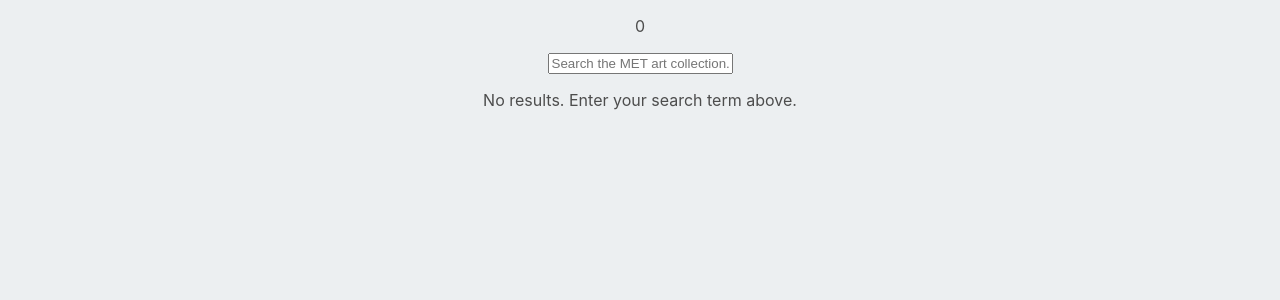
Repository: edulis8/MetSearchTool
Page: /
These files come from the project's save history. The page is drawn as it stood at one moment and after the next save; the edit follows.
The browser window is 1280 px wide. The pictures show the whole page.
The project was rebuilt for these pictures with package versions that can differ from the ones it lists, and the page was loaded fresh each time. Also part of the build but not shown: src/Pokecard.css, src/Pokecard.js, src/Pokedex.js.

Above is the page before, as saved 2020-01-16 11:54:56.

After the next save:
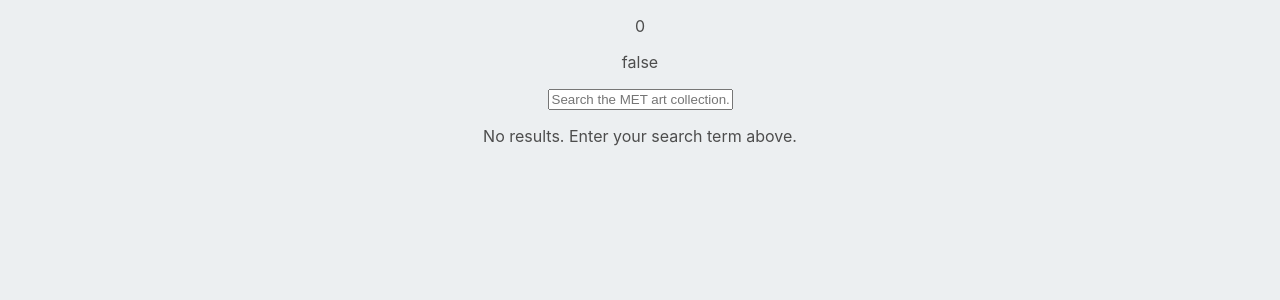
Saved 22 s later.
--- a/src/PokeGame.js
+++ b/src/PokeGame.js
@@ -70,7 +70,7 @@ class PokeGame extends Component {
         return (
             <div className='Pokedex'>
                 <p>{this.state.objects.length}</p>
-                <p>{this.state.searching}</p>
+                <p>{this.state.searching.toString()}</p>
 
                 <input type="text" placeholder="Search the MET art collection..." onChange={this.handleSearchInputChanges} />
                 <div class="Pokedex-cards">
